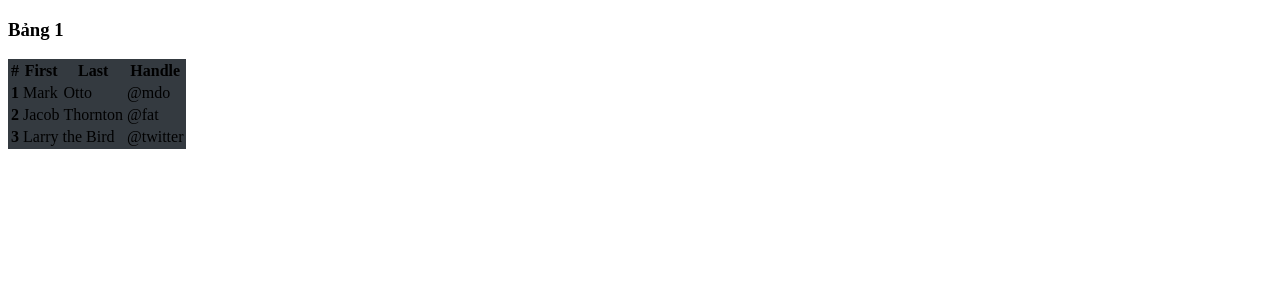
Repository: ThuatDev/BTVN_FE_JUNE
Page: index.html
An editor plug-in stored every save of this project. The page is shown before and after the next save, followed by the edit.
The browser window is 1280 px wide. The pictures show the whole page.

Above is the page before, as saved 2023-08-02 15:12:41.

After the next save:
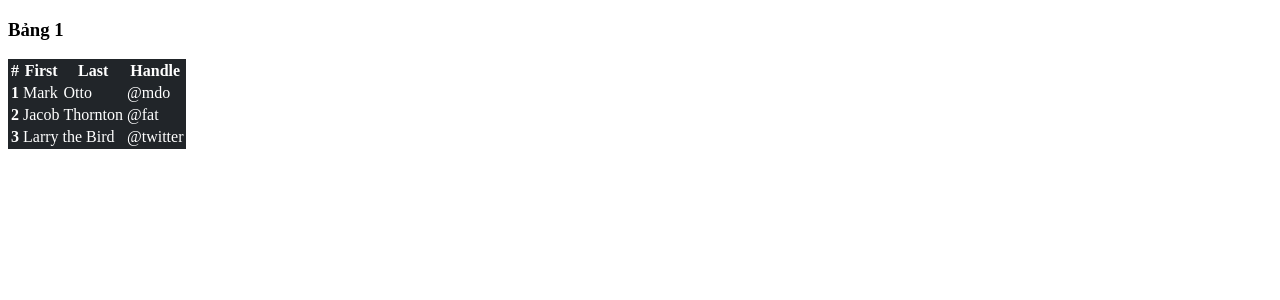
Saved 41 s later.
--- a/index.html
+++ b/index.html
@@ -10,7 +10,8 @@
     <title>Document</title>
     <style>
       .bg-dark {
-        background-color: #343a40 !important;
+        background-color: #212529;
+        color: #fff;
       }
     </style>
   </head>
